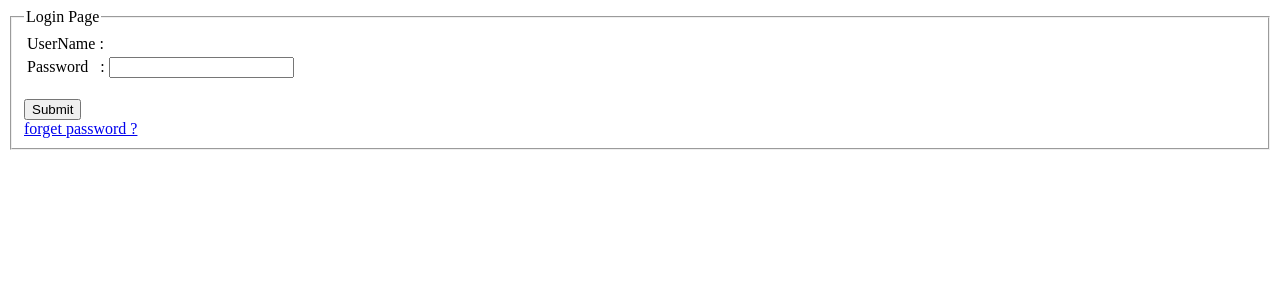
Repository: vishaldhardubey/Java-Programs-BridgeIT
Page: Maven/StudentInfoApplication/WebContent/loginPage.html
These files come from the project's save history. The page is drawn as it stood at one moment and after the next save; the edit follows.
The browser window is 1280 px wide. The pictures show the whole page.

Above is the page before, as saved 2018-06-20 06:27:31.

After the next save:
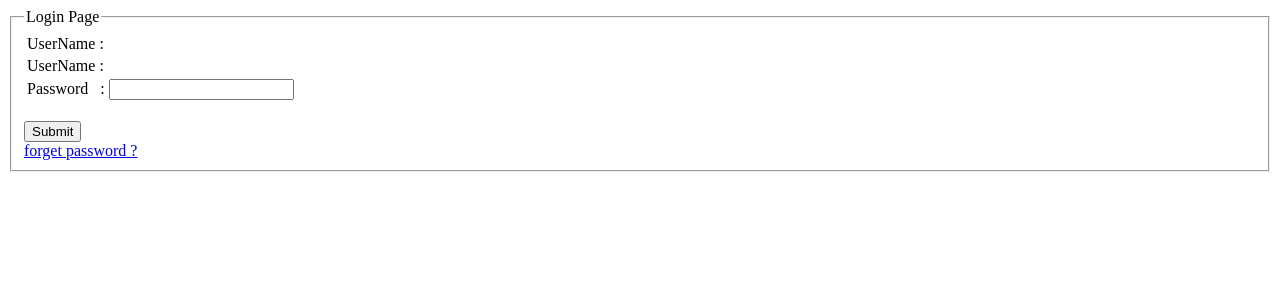
Saved 34 s later.
--- a/Maven/StudentInfoApplication/WebContent/loginPage.html
+++ b/Maven/StudentInfoApplication/WebContent/loginPage.html
@@ -22,6 +22,12 @@ function Validation(){
 		</tr>
 		<tr>
 		<td>
+		UserName :
+		</td>
+		</tr>
+
+		<tr>
+		<td>
 		Password &nbsp;&nbsp;:&nbsp;<input type="password" name="passkey">
 		</td>
 	</tr>
